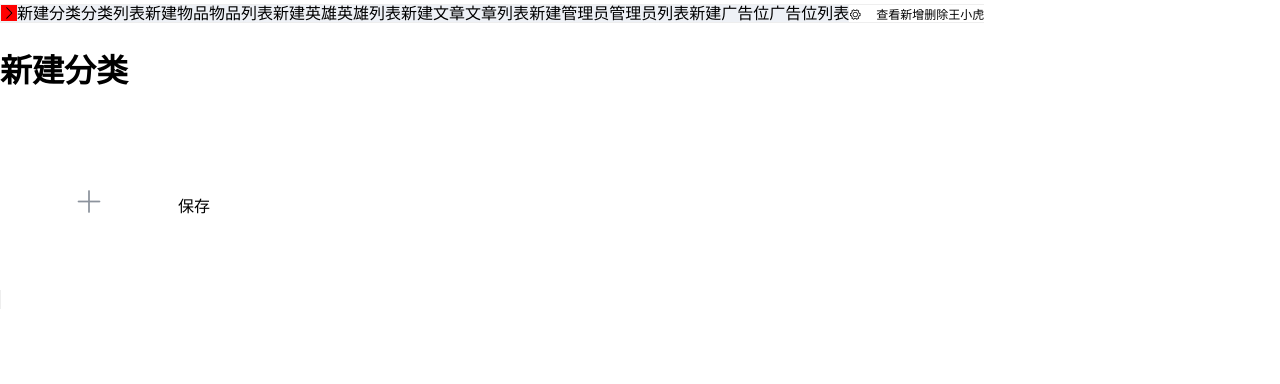
Repository: zqw980624/aaa
Page: /item/create (app in admin/)
An editor plug-in stored every save of this project. The page is shown before and after the next save, followed by the edit.
The browser window is 1280 px wide. The pictures show the whole page.
The project was rebuilt for these pictures with package versions that can differ from the ones it lists, and the page was loaded fresh each time. Also part of the build but not shown: admin/src/views/CategoryEditor.vue, admin/src/views/CategoryList.vue, admin/src/views/ItemList.vue, admin/src/views/HeroList.vue, admin/src/views/ArticleEditor.vue, admin/src/views/ArticleList.vue, admin/src/views/AdsList.vue, admin/src/views/AdministratorEditor.vue and 1 more. Imported but missing from the stored project, and not drawn on this page: admin/src/plugins/element.js.

Above is the page before, as saved 2020-03-09 22:58:37.

After the next save:
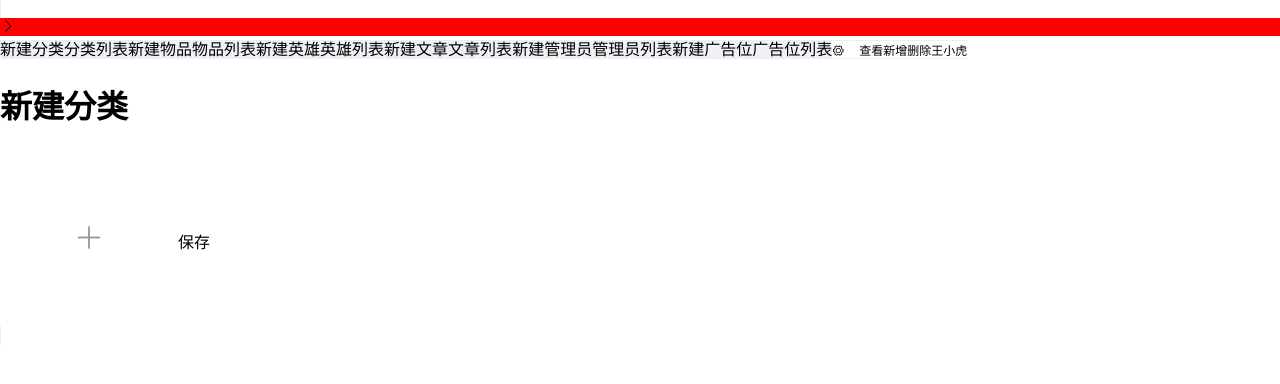
Saved 45 s later.
--- a/admin/src/views/Main.vue
+++ b/admin/src/views/Main.vue
@@ -12,7 +12,10 @@
         active-text-color="#ff4238"
         :collapse="isCollapse"
       >
-       <i  class="el-icon-arrow-right toggle" @click="toggle"></i>
+     <div class="toggle"> <i  class="el-icon-arrow-right" @click="toggle"></i></div>
+
+
+
         <!-- <el-radio-group v-model="isCollapse" style="margin-bottom: 20px;">
           <el-radio-button :label="false">展开</el-radio-button>
           <el-radio-button :label="true">收起</el-radio-button>
